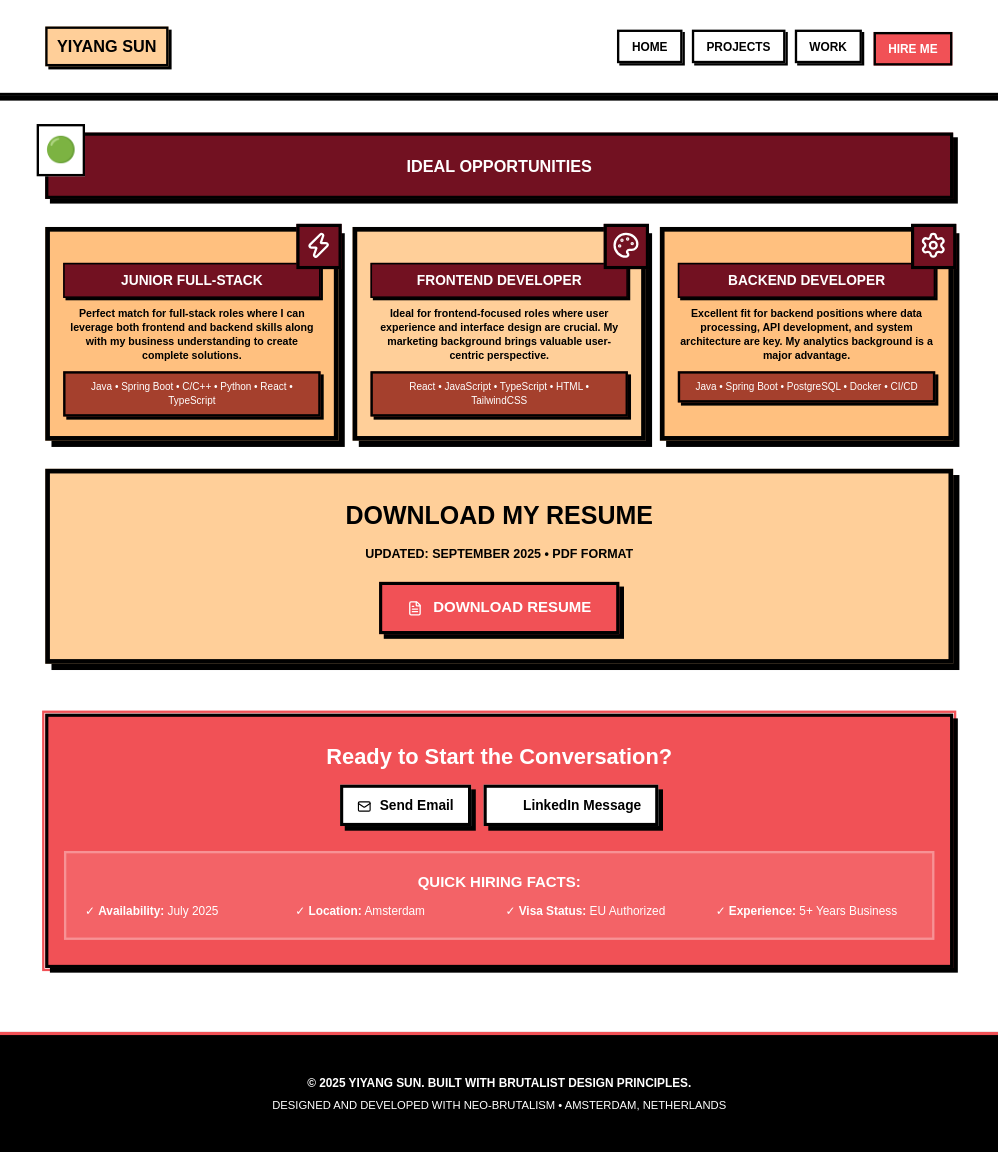
Repository: miloyiyangsun/yiyangsun.github.io
Page: .superdesign/design_iterations/yiyang_hireme_v2.html
An editor plug-in stored every save of this project. The page is shown before and after the next save, followed by the edit.
The browser window is 1280 px wide. The pictures show the whole page, at 78% of full size.

Above is the page before, as saved 2025-09-03 21:27:48.

### .superdesign/design_iterations/yiyang_hireme_v2.html
<!DOCTYPE html>
<html lang="en">
  <head>
    <meta charset="UTF-8" />
    <meta name="viewport" content="width=device-width, initial-scale=1.0" />
    <title>Hire Me - Yiyang Sun [Neo-Brutalist Portfolio]</title>
    <meta
      name="description"
      content="Hire Yiyang Sun - Computer Science Student (2025 Graduate) with 5+ years business experience seeking Junior Full-Stack, Frontend, or Backend opportunities in Amsterdam. Neo-brutalist design."
    />

    <!-- Neo-Brutalist Theme -->
    <link rel="stylesheet" href="brutalist_theme_v2.css" />

    <!-- Lucide Icons -->
    <script src="https://unpkg.com/lucide@latest/dist/umd/lucide.min.js"></script>

    <style>
      /* Hire Me specific brutal styles */
      body {
        padding-top: 120px;
        background: #ffffff;
      }

      .main-container {
        max-width: 1200px;
        margin: 0 auto;
        padding: 18px;
      }

      /* Navigation Layout - Right Align */
      .brutalist-nav .main-container {
        display: flex;
        justify-content: space-between;
        align-items: center;
      }

      .nav-links {
        display: flex;
        gap: 4px;
      }

      /* Navigation Brand - Brutalist */
      .nav-brand {
        background: #ffcf99;
        border: 3px solid #000000;
        padding: 8px 12px;
        box-shadow: 4px 4px 0 #000000;
        font-weight: 900;
      }

      /* Hero CTA - Brutal */
      .hire-hero {
        background: #f15156;
        color: #ffffff;
        border: 8px solid #000000;
        padding: 48px 24px;
        text-align: center;
        box-shadow: 12px 12px 0 #000000;
        position: relative;
        margin: 24px 0;
      }

      .hire-hero::before {
        content: "";
        position: absolute;
        top: -30px;
        left: -30px;
        font-size: 4rem;
        background: #ffffff;
        border: 6px solid #000000;
        padding: 16px;
        width: 100px;
        height: 100px;
        display: flex;
        align-items: center;
        justify-content: center;
      }

      .hire-hero .hero-icon {
        position: absolute;
        top: -14px;
        left: -14px;
        color: #000000;
        width: 68px;
        height: 68px;
      }

      .hire-title {
        font-size: 2.5rem;
        font-weight: 900;
        text-transform: uppercase;
        margin: 0 0 18px 0;
        line-height: 0.9;
      }

      .hire-subtitle {
        font-size: 1.2rem;
        font-weight: 700;
        text-transform: uppercase;
        margin-bottom: 24px;
        opacity: 0.95;
      }

      /* Opportunity Cards - Brutal */
      .opportunity-grid {
        display: grid;
        grid-template-columns: repeat(auto-fit, minmax(280px, 1fr));
        gap: 18px;
        margin: 36px 0;
      }

      .opportunity-card {
        background: #ffffff;
        border: 6px solid #000000;
        padding: 17px 17px 17px 17px;
        padding-top: 40px;
        box-shadow: 8px 8px 0 #000000;
        position: relative;
        text-align: center;
      }

      .opportunity-card:hover {
        transform: translate(-4px, -4px);
        box-shadow: 16px 16px 0 #000000;
      }

      .opportunity-card:nth-child(1) {
        background: #ffc07f;
      }

      .opportunity-card:nth-child(2) {
        background: #ffcf99;
      }

      .opportunity-card:nth-child(3) {
        background: #ffc07f;
      }

      .opportunity-card::before {
        content: "";
        position: absolute;
        top: -10px;
        right: -10px;
        width: 50px;
        height: 50px;
        background: #721121;
        border: 4px solid #000000;
        display: flex;
        align-items: center;
        justify-content: center;
      }

      .opportunity-card .card-icon {
        position: absolute;
        top: 0px;
        right: 2px;
        width: 35px;
        height: 35px;
        color: #ffffff;
        z-index: 10;
      }

      .opportunity-icon {
        font-size: 1.8rem;
        display: block;
        margin-bottom: 8px;
      }

      .opportunity-title {
        font-size: 1.1rem;
        font-weight: 900;
        text-transform: uppercase;
        color: #ffffff;
        background: #721121;
        padding: 8px 12px;
        border: 2px solid #000000;
        margin-bottom: 12px;
        box-shadow: 3px 3px 0 #000000;
      }

      .opportunity-description {
        font-size: 0.85rem;
        line-height: 1.3;
        font-weight: 600;
        margin-bottom: 12px;
      }

      /* Skills Match - Brutal */
      .skills-match {
        background: #a5402d;
        color: #ffffff;
        padding: 8px 12px;
        border: 3px solid #000000;
        margin: 8px 0;
        box-shadow: 4px 4px 0 #000000;
        font-size: 0.8rem;
      }

      /* Contact Cards - Brutal */
      .contact-grid {
        display: grid;
        grid-template-columns: repeat(auto-fit, minmax(280px, 1fr));
        gap: 24px;
        margin: 48px 0;
      }

      .contact-card {
        background: #ffffff;
        border: 6px solid #000000;
        padding: 24px;
        text-align: center;
        box-shadow: 6px 6px 0 #000000;
        position: relative;
      }

      .contact-card:hover {
        background: #ffcf99;
        transform: translate(-3px, -3px);
        box-shadow: 11px 11px 0 #000000;
      }

      .contact-card:nth-child(even) {
        background: #ffc07f;
      }

      .contact-card:nth-child(even):hover {
        background: #f15156;
        color: #ffffff;
      }

      .contact-icon {
        width: 64px;
        height: 64px;
        background: #f15156;
        border: 4px solid #000000;
        border-radius: 0;
        margin: 0 auto 18px auto;
        display: flex;
        align-items: center;
        justify-content: center;
        font-size: 1.6rem;
        color: #ffffff;
        box-shadow: 4px 4px 0 #000000;
      }

      .contact-title {
        font-size: 1.2rem;
        font-weight: 900;
        text-transform: uppercase;
        margin-bottom: 10px;
        color: #000000;
      }

      .contact-info {
        font-size: 1.1rem;
        font-weight: 700;
        margin-bottom: 8px;
      }

      .contact-description {
        font-size: 0.9rem;
        font-weight: 600;
        text-transform: uppercase;
        color: #666666;
      }

      /* Value Proposition - Brutal */
      .value-proposition {
        background: #721121;
        color: #ffffff;
        padding: 48px;
        border: 8px solid #000000;
        box-shadow: 12px 12px 0 #000000;
        margin: 64px 0;
      }

      .value-title {
        font-size: 2.5rem;
        font-weight: 900;
        text-transform: uppercase;
        text-align: center;
        margin-bottom: 32px;
      }

      .value-grid {
        display: grid;
        grid-template-columns: repeat(auto-fit, minmax(250px, 1fr));
        gap: 24px;
      }

      .value-item {
        padding: 24px;
        background: rgba(255, 255, 255, 0.1);
        border: 2px solid rgba(255, 255, 255, 0.3);
        text-align: center;
      }

      .value-item-title {
        font-size: 1.2rem;
        font-weight: 900;
        text-transform: uppercase;
        margin-bottom: 12px;
      }

      .value-item-description {
        font-size: 1rem;
        font-weight: 500;
        line-height: 1.4;
      }

      /* Resume Download - Brutal */
      .resume-section {
        background: #ffcf99;
        border: 6px solid #000000;
        padding: 32px;
        text-align: center;
        box-shadow: 8px 8px 0 #000000;
        margin: 32px 0;
      }

      .resume-title {
        font-size: 2rem;
        font-weight: 900;
        text-transform: uppercase;
        margin-bottom: 16px;
      }

      .resume-info {
        font-size: 1rem;
        font-weight: 600;
        margin-bottom: 24px;
        text-transform: uppercase;
      }

      .download-button {
        display: inline-block;
        background: #f15156;
        color: #ffffff;
        padding: 16px 32px;
        border: 4px solid #000000;
        text-decoration: none;
        font-weight: 900;
        font-size: 1.2rem;
        text-transform: uppercase;
        box-shadow: 6px 6px 0 #000000;
      }

      .download-button:hover {
        background: #721121;
        transform: translate(-2px, -2px);
        box-shadow: 8px 8px 0 #000000;
      }

      /* Availability Status - Brutal */
      .availability {
        background: #721121;
        color: #ffffff;
        padding: 24px;
        border: 4px solid #000000;
        text-align: center;
        margin: 32px 0;
        box-shadow: 6px 6px 0 #000000;
        position: relative;
      }

      .availability::before {
        content: "🟢";
        position: absolute;
        top: -15px;
        left: -15px;
        font-size: 2rem;
        background: #ffffff;
        border: 3px solid #000000;
        padding: 8px;
        border-radius: 0;
      }

      .availability-text {
        font-size: 1.3rem;
        font-weight: 900;
        text-transform: uppercase;
      }

      /* Mobile responsive */
      @media (max-width: 768px) {
        .hire-title {
          font-size: 2.5rem;
        }

        .hire-hero {
          padding: 40px 20px;
        }

        .opportunity-grid,
        .contact-grid {
          grid-template-columns: 1fr;
          gap: 16px;
        }

        .opportunity-card {
          padding: 14px;
        }

        .value-proposition {
          padding: 32px 20px;
        }

        .value-title {
          font-size: 2rem;
        }
      }
    </style>
  </head>

  <body>
    <!-- Brutalist Navigation -->
    <nav class="brutalist-nav">
      <div class="main-container">
        <strong class="nav-brand" style="font-size: 1.3rem">YIYANG SUN</strong>
        <div class="nav-links">
          <a href="yiyang_home_v2.html" class="brutalist-nav-item">HOME</a>
          <a href="yiyang_projects_v2.html" class="brutalist-nav-item"
            >PROJECTS</a
          >
          <a href="yiyang_work_v2.html" class="brutalist-nav-item">WORK</a>
          <a href="yiyang_hireme_v2.html" class="brutalist-nav-item active"
            >HIRE ME</a
          >
        </div>
      </div>
    </nav>

    <!-- Main Content -->
    <main class="main-container">
      <!-- Hero CTA -->
      <!-- <section class="hire-hero">
            <i data-lucide="briefcase" class="hero-icon"></i>
            <div class="hire-title">Hire Me Now!</div>
            <div class="hire-subtitle">CS Student (2025 Graduate) with 5+ Years Business Background</div>
            <p style="font-size: 1.2rem; font-weight: 600; max-width: 600px; margin: 0 auto 32px auto;">
                Computer Science student graduating July 2025 seeking Junior Full-Stack, Frontend, or Backend opportunities.
                5+ years international business experience + technical skills.
            </p>
            <a href="mailto:miloyysun@outlook.com?subject=Job Opportunity&body=Hi Yiyang, I'm interested in discussing a software development opportunity with you."
               class="brutalist-button" style="background: #FFFFFF; color: #000000; font-size: 1.2rem; padding: 16px 32px;">
Email Me Today
            </a>
        </section> -->

      <!-- Availability Status -->
      <!-- <section class="availability">
            <div class="availability-text">Available from July 2025 • CS Graduate • Amsterdam Based • EU Work Authorization</div>
        </section> -->
      <section class="availability">
        <div class="availability-text">Ideal Opportunities</div>
      </section>
      <!-- Opportunity Types -->
      <section>
        <!-- <h2 class="title-large brutalist-text-center" style="margin: 64px 0 32px 0;">Ideal Opportunities</h2> -->

        <div class="opportunity-grid">
          <div class="opportunity-card">
            <i data-lucide="zap" class="card-icon"></i>
            <div class="opportunity-title">Junior Full-Stack</div>
            <div class="opportunity-description">
              Perfect match for full-stack roles where I can leverage both
              frontend and backend skills along with my business understanding
              to create complete solutions.
            </div>
            <div class="skills-match">
              Java • Spring Boot • C/C++ • Python • React • TypeScript
            </div>
          </div>

          <div class="opportunity-card">
            <i data-lucide="palette" class="card-icon"></i>
            <div class="opportunity-title">Frontend Developer</div>
            <div class="opportunity-description">
              Ideal for frontend-focused roles where user experience and
              interface design are crucial. My marketing background brings
              valuable user-centric perspective.
            </div>
            <div class="skills-match">
              React • JavaScript • TypeScript • HTML • TailwindCSS
            </div>
          </div>

          <div class="opportunity-card">
            <i data-lucide="settings" class="card-icon"></i>
            <div class="opportunity-title">Backend Developer</div>
            <div class="opportunity-description">
              Excellent fit for backend positions where data processing, API
              development, and system architecture are key. My analytics
              background is a major advantage.
            </div>
            <div class="skills-match">
              Java • Spring Boot • PostgreSQL • Docker • CI/CD
            </div>
          </div>
        </div>
      </section>

      <!-- Value Proposition -->
      <!-- <section class="value-proposition">
            <div class="value-title">Why Hire Me?</div>
            <div class="value-grid">
                <div class="value-item">
                    <div class="value-item-title">Unique Business Background</div>
                    <div class="value-item-description">
                        5+ years of international business experience brings valuable perspective to software development projects
                    </div>
                </div>
                <div class="value-item">
                    <div class="value-item-title">Proven Problem Solver</div>
                    <div class="value-item-description">
                        Demonstrated ability to analyze complex problems and implement effective technical solutions
                    </div>
                </div>
                <div class="value-item">
                    <div class="value-item-title">International Experience</div>
                    <div class="value-item-description">
                        Worked across Singapore, China, and Netherlands - excellent for global teams and cross-cultural projects
                    </div>
                </div>
                <div class="value-item">
                    <div class="value-item-title">Career Transition Success</div>
                    <div class="value-item-description">
                        Successfully transitioned from 5+ years business career to Computer Science, graduating July 2025
                    </div>
                </div>
            </div>
        </section> -->

      <!-- Resume Download -->
      <section class="resume-section">
        <div class="resume-title">Download My Resume</div>
        <div class="resume-info">Updated: September 2025 • PDF Format</div>
        <a
          href="../../assets/resume/Yiyang-Sun-Resume.pdf"
          class="download-button"
          download="Yiyang-Sun-Resume.pdf"
        >
          <i
            data-lucide="file-text"
            style="
              width: 20px;
              height: 20px;
              display: inline-block;
              vertical-align: middle;
              margin-right: 8px;
            "
          ></i>
          Download Resume
        </a>
      </section>

      <!-- Contact Information -->
      <!-- <section>
            <h2 class="title-large brutalist-text-center" style="margin: 64px 0 32px 0;">Let's Connect</h2>

            <div class="contact-grid">
                <div class="contact-card">
                    <div class="contact-icon">📧</div>
                    <div class="contact-title">Email Me</div>
                    <div class="contact-info">miloyysun@outlook.com</div>
                    <div class="contact-description">Primary Communication Method</div>
                </div>

                <div class="contact-card">
                    <div class="contact-icon">💼</div>
                    <div class="contact-title">LinkedIn</div>
                    <div class="contact-info">yiyangsunmilo</div>
                    <div class="contact-description">Professional Networking</div>
                </div>

                <div class="contact-card">
                    <div class="contact-icon">📍</div>
                    <div class="contact-title">Location</div>
                    <div class="contact-info">Amsterdam, Netherlands</div>
                    <div class="contact-description">Available for Local Opportunities</div>
                </div>
            </div>
        </section> -->

      <!-- Final CTA -->
      <section class="brutalist-hero brutalist-bg-red" style="margin: 64px 0">
        <div class="brutalist-text-center">
          <h2 class="title-large" style="color: #ffffff; margin-bottom: 16px">
            Ready to Start the Conversation?
          </h2>
          <!-- <p style="font-size: 1.3rem; font-weight: 700; color: #FFFFFF; margin-bottom: 32px; max-width: 700px; margin-left: auto; margin-right: auto;">
                    Whether you have a specific role in mind or just want to explore possibilities,
                    I'm excited to discuss how my unique background can contribute to your team's success.
                </p> -->
          <div
            style="
              display: flex;
              justify-content: center;
              gap: 16px;
              flex-wrap: wrap;
            "
          >
            <a
              href="mailto:miloyysun@outlook.com?subject=Software Development Opportunity&body=Hi Yiyang, I'm interested in discussing potential opportunities with you."
              class="brutalist-button"
              style="background: #ffffff; color: #000000; font-size: 1.1rem"
            >
              <i
                data-lucide="mail"
                style="
                  width: 18px;
                  height: 18px;
                  display: inline-block;
                  vertical-align: middle;
                  margin-right: 6px;
                "
              ></i>
              Send Email
            </a>
            <a
              href="https://linkedin.com/in/yiyangsunmilo"
              class="brutalist-button"
              style="background: #ffffff; color: #000000; font-size: 1.1rem"
              target="_blank"
            >
              <i
                data-lucide="linkedin"
                style="
                  width: 18px;
                  height: 18px;
                  display: inline-block;
                  vertical-align: middle;
                  margin-right: 6px;
                "
              ></i>
              LinkedIn Message
            </a>
            <!-- <a href="tel:+31626707606"
                       class="brutalist-button" style="background: #FFFFFF; color: #000000; font-size: 1.1rem;">
                        📞 Call: +31 626707606
                    </a> -->
          </div>

          <div
            style="
              margin-top: 32px;
              padding: 24px;
              background: rgba(255, 255, 255, 0.1);
              border: 3px solid rgba(255, 255, 255, 0.3);
            "
          >
            <h3
              style="
                font-size: 1.2rem;
                font-weight: 900;
                text-transform: uppercase;
                margin-bottom: 12px;
              "
            >
              Quick Hiring Facts:
            </h3>
            <div
              style="
                display: grid;
                grid-template-columns: repeat(auto-fit, minmax(150px, 1fr));
                gap: 16px;
                text-align: left;
              "
            >
              <div>✓ <strong>Availability:</strong> July 2025</div>
              <div>✓ <strong>Location:</strong> Amsterdam</div>
              <div>✓ <strong>Visa Status:</strong> EU Authorized</div>
              <div>✓ <strong>Experience:</strong> 5+ Years Business</div>
            </div>
          </div>
        </div>
      </section>
    </main>

    <!-- Footer -->
    <footer
      style="
        background: #000000;
        color: #ffffff;
        padding: 32px;
        text-align: center;
        border-top: 4px solid #f15156;
      "
    >
      <div class="main-container">
        <p
          style="
            font-weight: 700;
            text-transform: uppercase;
            margin-bottom: 8px;
          "
        >
          &copy; 2025 YIYANG SUN. BUILT WITH BRUTALIST DESIGN PRINCIPLES.
        </p>
        <p style="font-size: 0.9rem; text-transform: uppercase">
          Designed and developed with neo-brutalism • Amsterdam, Netherlands
        </p>
      </div>
    </footer>

    <script>
      // Initialize Lucide Icons
      lucide.createIcons();

      // Minimal JavaScript for hire me page
      console.log("💼 HIRE ME PAGE - NEO-BRUTALIST DESIGN LOADED");
      console.log("🚀 READY TO HIRE YIYANG SUN!");

      // Enhanced button press effects for CTA buttons
      document
        .querySelectorAll(".brutalist-button, .download-button, .contact-card")
        .forEach((element) => {
          element.addEventListener("mousedown", function () {
            this.style.transform = "translate(3px, 3px)";
            this.style.boxShadow = "none";
          });

          element.addEventListener("mouseup", function () {
            this.style.transform = "";
            this.style.boxShadow = "";
          });

          element.addEventListener("mouseleave", function () {
            this.style.transform = "";
            this.style.boxShadow = "";
          });
        });

      // Log hiring intent tracking
      document.querySelectorAll('a[href^="mailto:"]').forEach((emailLink) => {
        emailLink.addEventListener("click", function () {
          console.log("📧 EMAIL CLICK - POTENTIAL HIRE INTEREST!");
        });
      });
    </script>
  </body>
</html>

Loaded but not shown: .superdesign/design_iterations/brutalist_theme_v2.css (336 lines, source omitted)

After the next save:
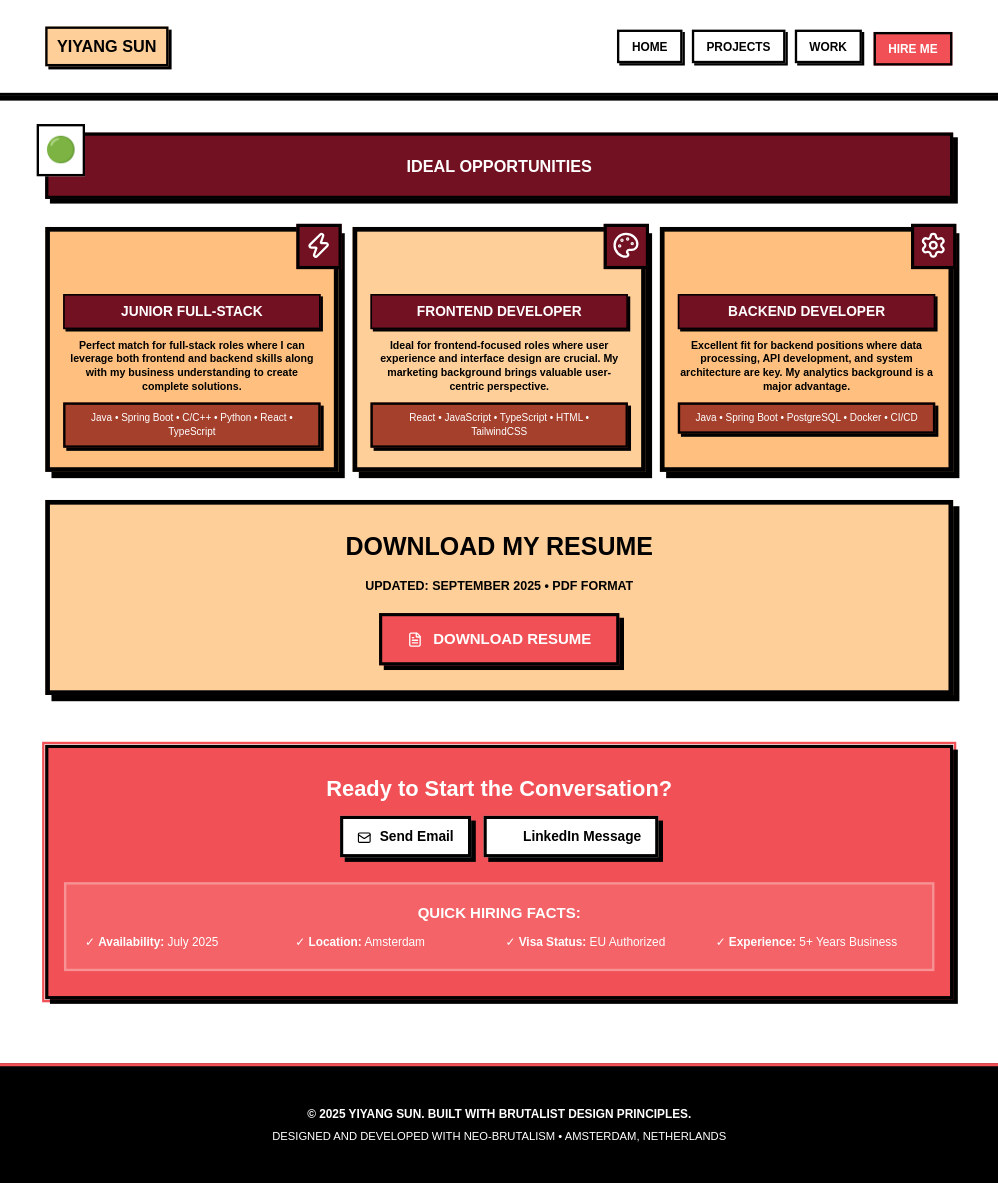
Saved 9 s later.
--- a/.superdesign/design_iterations/yiyang_hireme_v2.html
+++ b/.superdesign/design_iterations/yiyang_hireme_v2.html
@@ -114,7 +114,7 @@
         background: #ffffff;
         border: 6px solid #000000;
         padding: 17px 17px 17px 17px;
-        padding-top: 40px;
+        padding-top: 80px;
         box-shadow: 8px 8px 0 #000000;
         position: relative;
         text-align: center;
